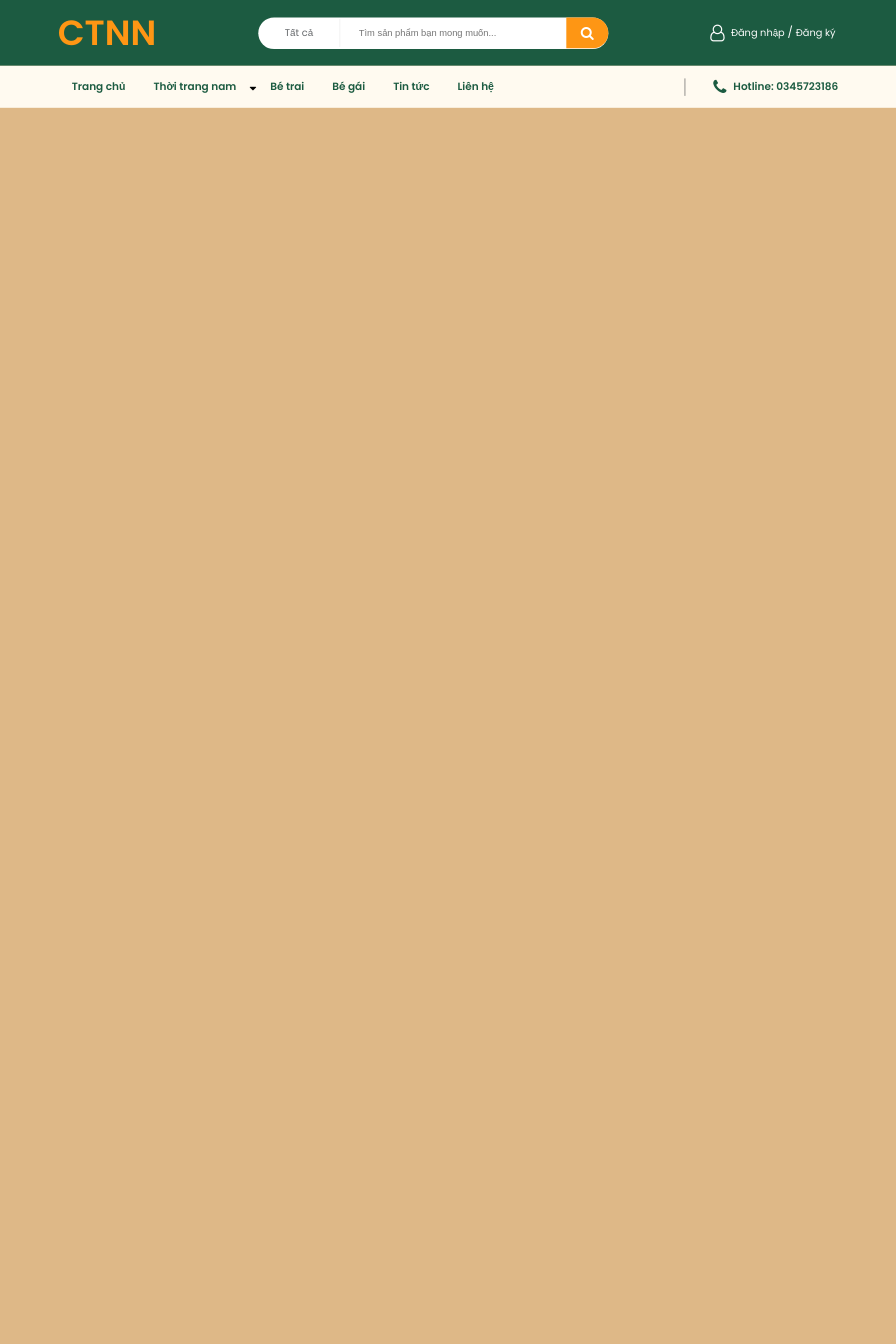
Repository: cuongchua2k2/BaiTapLon-web
Page: index.html
The author's editor kept a copy of each file at every save. The page is drawn from the files as they stood at one save, then again after the next save.
The browser window is 1280 px wide. The pictures show the part of the page from y = 0 to 1920 px (the page is 5000 px tall), at 70% of full size.

Above is the page before, as saved 2023-12-06 17:11:25.

### index.html
<!DOCTYPE html>
<html lang="en">
  <head>
    <meta charset="UTF-8" />
    <meta name="viewport" content="width=device-width, initial-scale=1.0" />
    <!-- reset css -->
    <link rel="stylesheet" href="./assets/css/reset.css" />
    <!-- style css -->
    <link rel="stylesheet" href="./assets/css/style.css" />
    <!-- icon -->
    <link
      rel="stylesheet"
      href="https://cdnjs.cloudflare.com/ajax/libs/font-awesome/4.7.0/css/font-awesome.min.css"
    />
    <!-- font  -->
    <link rel="stylesheet" href="./assets/font/stylesheet.css" />
    <title>Bài tập lớn - shop bán quần áo</title>
  </head>
  <body>
    <!-- header -->
    <header>
      <div id="header">
        <div class="content">
          <!-- header-nav -->
          <div class="nav">
            <div class="nav__logo">
              <a href="/"><span class="logo__content">CTNN</span></a>
            </div>
            <!-- search -->
            <div class="nav__search">
              <p class="nav__desc">Tất cả</p>
              <input
                type="text"
                class="nav__txtsearch"
                placeholder="Tìm sản phẩm bạn mong muốn..."
              />
              <button class="nav__btn--search">
                <i class="fa fa-search" style="font-size: 20px"></i>
              </button>
            </div>
            <!-- login -->
            <div class="login">
              <i
                class="fa fa-user-o"
                style="font-size: 24px; color: #fff; margin-right: 5px"
              ></i>
              <a href="#!" class="btn btn-login">Đăng nhập</a>
              <span style="color: #fff">/</span>
              <a href="#!" class="btn btn-create">Đăng ký</a>
            </div>
          </div>
        </div>
      </div>
      <!-- navbar -->
      <div class="navbar">
        <div class="content navbar__content">
          <ul class="navbar__lv1">
            <li>
              <a href="#!" class="active lv1__item">Trang chủ</a>
            </li>
            <li class="lv2">
              <a href="#!" class="lv1__item">Thời trang nam</a>
              <i class="fa fa-sort-desc arrow"></i>
              <ul class="navbar__lv2">
                <li>
                  <a href="#!" class="lv1__item">Sơ mi nam</a>
                </li>
                <li>
                  <a href="#!" class="lv1__item">Quần âu nam</a>
                </li>
                <li>
                  <a href="#!" class="lv1__item">Quần short nam</a>
                </li>
              </ul>
            </li>
            <li>
              <a href="#!" class="lv1__item">Bé trai</a>
            </li>
            <li>
              <a href="#!" class="lv1__item">Bé gái</a>
            </li>
            <li>
              <a href="#!" class="lv1__item">Tin tức</a>
            </li>
            <li>
              <a href="#!" class="lv1__item">Liên hệ</a>
            </li>
          </ul>
          <div class="horizontal"></div>
          <a href="tel:0345723186" class="hotline">
            <i class="fa fa-phone" style="font-size: 24px; color: #1c5b41"></i>
            <span class="hotline__desc">Hotline: 0345723186</span>
          </a>
        </div>
      </div>
    </header>
    <!-- main -->
    <main></main>
    <!-- footer -->
    <footer></footer>
  </body>
</html>

### assets/css/style.css
:root {
  --primary-color: #fe9614;
}

* {
  box-sizing: border-box;
}

html {
  font-size: 62.5%;
}

body {
  font-family: "Poppins", sans-serif;
  font-size: 1.6rem;
  height: 5000px;
  background-color: burlywood;
}

/* =====================common ======================*/

a {
  text-decoration: none;
}

.content {
  width: 1115px;
  margin: 0px auto;
}

.btn {
  text-decoration: none;
  color: #fff;
  font-size: 1.4rem;
  font-weight: 400;
}

.btn:hover {
  opacity: 0.7;
  color: var(--primary-color);
}

/* =====================header========================= */

/* =========== header nav===============*/

#header {
  padding: 22px 0;
  background-color: #1c5b41;
}

.nav {
  display: flex;
  justify-content: space-between;
  align-items: center;
}

.logo__content {
  font-size: 5rem;
  font-weight: 600;
  color: var(--primary-color);
}

.nav__search {
  height: 45px;
  width: 500px;
  padding: 4px 0;
  display: flex;
  justify-content: space-between;
  align-items: center;
  background-color: #fff;
  border-radius: 999px;
}

.nav__desc {
  opacity: 0.7;
  padding: 13px 38px;
  font-size: 1.4rem;
  color: #212529;
  font-weight: 400;
  border-right: 1px solid #e5e5e5;
}

.nav__txtsearch {
  width: 300px;
  height: 40px;
  padding: 15px;
  border: none;
}

.nav__btn--search {
  cursor: pointer;
  height: 44px;
  width: 60px;
  border-radius: 0 40px 40px 0;
  color: #fff;
  background: var(--primary-color);
  border: var(--primary-color);
}

.nav__btn--search:hover {
  background-color: #fff;
  color: var(--primary-color);
}

.login {
  display: flex;
  align-items: center;
}

.btn-login,
.btn-create {
  padding: 8px 4px;
}

/* ===========navbar=============== */

.navbar {
  background-color: #fffaf0;
  height: 60px;
}

.navbar__content {
  display: flex;
  align-items: center;
  justify-content: space-between;
  line-height: 60px;
}

.horizontal {
  height: 25px;
  opacity: 0.7;
  width: 1px;
  background-color: #212529;
  margin-left: auto;
}

.navbar__lv1 {
  display: flex;
}

.lv1__item {
  padding: 15px 20px;
  font-weight: 600;
  font-size: 1.5rem;
  color: #1c5b41;
}

.lv1__item:hover {
  color: var(--primary-color);
}

.hotline {
  display: flex;
  align-items: center;
  margin-left: 40px;
}

.hotline__desc {
  margin-left: 10px;
  font-weight: 600;
  font-size: 1.5rem;
  color: #1c5b41;
}

.hotline__desc:hover {
  color: var(--primary-color);
}

.lv2 {
  position: relative;
}

.navbar__lv2 {
  display: none;
  position: absolute;
  background-color: #fff;
  min-width: 200px;
  transform: perspective(600px) rotateX(0deg);
  z-index: 1;
}

.navbar__lv2 > li:not(:first-child) {
  border-top: 1px solid #666;
}

.navbar__lv2 > li > .lv1__item {
  display: inline-block;
  padding: 0 30px;
}

.lv2:hover .navbar__lv2 {
  display: block;
}

.arrow {
  margin-left: -5px;
}

### assets/font/stylesheet.css
@font-face {
    font-family: 'Poppins';
    src: url('Poppins-Black.woff2') format('woff2'),
        url('Poppins-Black.woff') format('woff');
    font-weight: 900;
    font-style: normal;
    font-display: swap;
}

@font-face {
    font-family: 'Poppins';
    src: url('Poppins-Bold.woff2') format('woff2'),
        url('Poppins-Bold.woff') format('woff');
    font-weight: bold;
    font-style: normal;
    font-display: swap;
}

@font-face {
    font-family: 'Poppins';
    src: url('Poppins-BlackItalic.woff2') format('woff2'),
        url('Poppins-BlackItalic.woff') format('woff');
    font-weight: 900;
    font-style: italic;
    font-display: swap;
}

@font-face {
    font-family: 'Poppins';
    src: url('Poppins-BoldItalic.woff2') format('woff2'),
        url('Poppins-BoldItalic.woff') format('woff');
    font-weight: bold;
    font-style: italic;
    font-display: swap;
}

@font-face {
    font-family: 'Poppins';
    src: url('Poppins-ExtraLightItalic.woff2') format('woff2'),
        url('Poppins-ExtraLightItalic.woff') format('woff');
    font-weight: 200;
    font-style: italic;
    font-display: swap;
}

@font-face {
    font-family: 'Poppins';
    src: url('Poppins-ExtraBoldItalic.woff2') format('woff2'),
        url('Poppins-ExtraBoldItalic.woff') format('woff');
    font-weight: bold;
    font-style: italic;
    font-display: swap;
}

@font-face {
    font-family: 'Poppins';
    src: url('Poppins-ExtraBold.woff2') format('woff2'),
        url('Poppins-ExtraBold.woff') format('woff');
    font-weight: bold;
    font-style: normal;
    font-display: swap;
}

@font-face {
    font-family: 'Poppins';
    src: url('Poppins-Italic.woff2') format('woff2'),
        url('Poppins-Italic.woff') format('woff');
    font-weight: normal;
    font-style: italic;
    font-display: swap;
}

@font-face {
    font-family: 'Poppins';
    src: url('Poppins-ExtraLight.woff2') format('woff2'),
        url('Poppins-ExtraLight.woff') format('woff');
    font-weight: 200;
    font-style: normal;
    font-display: swap;
}

@font-face {
    font-family: 'Poppins';
    src: url('Poppins-Regular.woff2') format('woff2'),
        url('Poppins-Regular.woff') format('woff');
    font-weight: normal;
    font-style: normal;
    font-display: swap;
}

@font-face {
    font-family: 'Poppins';
    src: url('Poppins-LightItalic.woff2') format('woff2'),
        url('Poppins-LightItalic.woff') format('woff');
    font-weight: 300;
    font-style: italic;
    font-display: swap;
}

@font-face {
    font-family: 'Poppins';
    src: url('Poppins-SemiBold.woff2') format('woff2'),
        url('Poppins-SemiBold.woff') format('woff');
    font-weight: 600;
    font-style: normal;
    font-display: swap;
}

@font-face {
    font-family: 'Poppins';
    src: url('Poppins-Light.woff2') format('woff2'),
        url('Poppins-Light.woff') format('woff');
    font-weight: 300;
    font-style: normal;
    font-display: swap;
}

@font-face {
    font-family: 'Poppins';
    src: url('Poppins-Medium.woff2') format('woff2'),
        url('Poppins-Medium.woff') format('woff');
    font-weight: 500;
    font-style: normal;
    font-display: swap;
}

@font-face {
    font-family: 'Poppins';
    src: url('Poppins-MediumItalic.woff2') format('woff2'),
        url('Poppins-MediumItalic.woff') format('woff');
    font-weight: 500;
    font-style: italic;
    font-display: swap;
}

@font-face {
    font-family: 'Poppins';
    src: url('Poppins-Thin.woff2') format('woff2'),
        url('Poppins-Thin.woff') format('woff');
    font-weight: 100;
    font-style: normal;
    font-display: swap;
}

@font-face {
    font-family: 'Poppins';
    src: url('Poppins-ThinItalic.woff2') format('woff2'),
        url('Poppins-ThinItalic.woff') format('woff');
    font-weight: 100;
    font-style: italic;
    font-display: swap;
}

@font-face {
    font-family: 'Poppins';
    src: url('Poppins-SemiBoldItalic.woff2') format('woff2'),
        url('Poppins-SemiBoldItalic.woff') format('woff');
    font-weight: 600;
    font-style: italic;
    font-display: swap;
}

Loaded but not shown: assets/css/reset.css (common file)

After the next save:
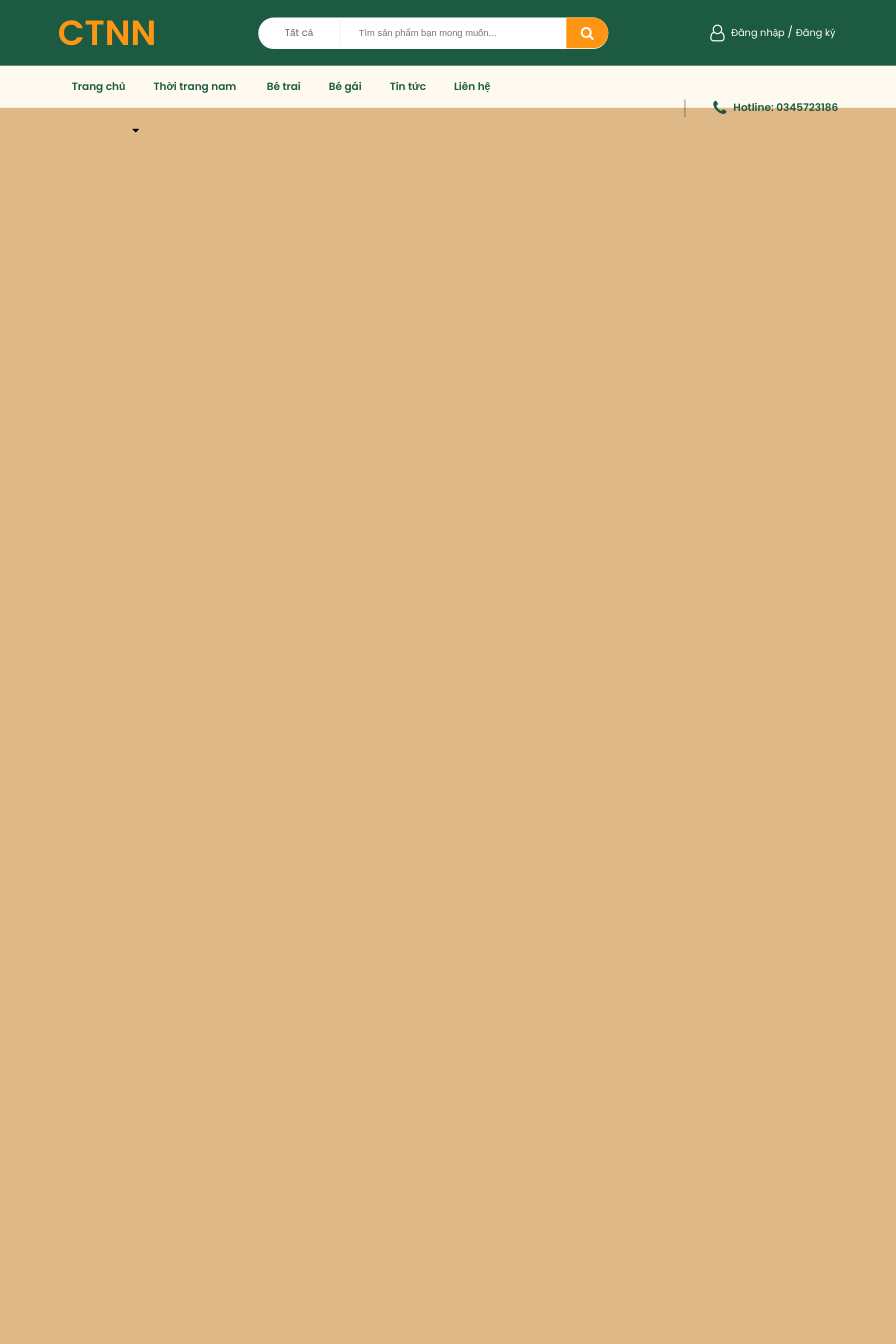
Saved 6 s later.
--- a/assets/css/style.css
+++ b/assets/css/style.css
@@ -194,5 +194,5 @@
 }
 
 .arrow {
-  margin-left: -5px;
+  margin-left: -10px;
 }

After the save that followed:
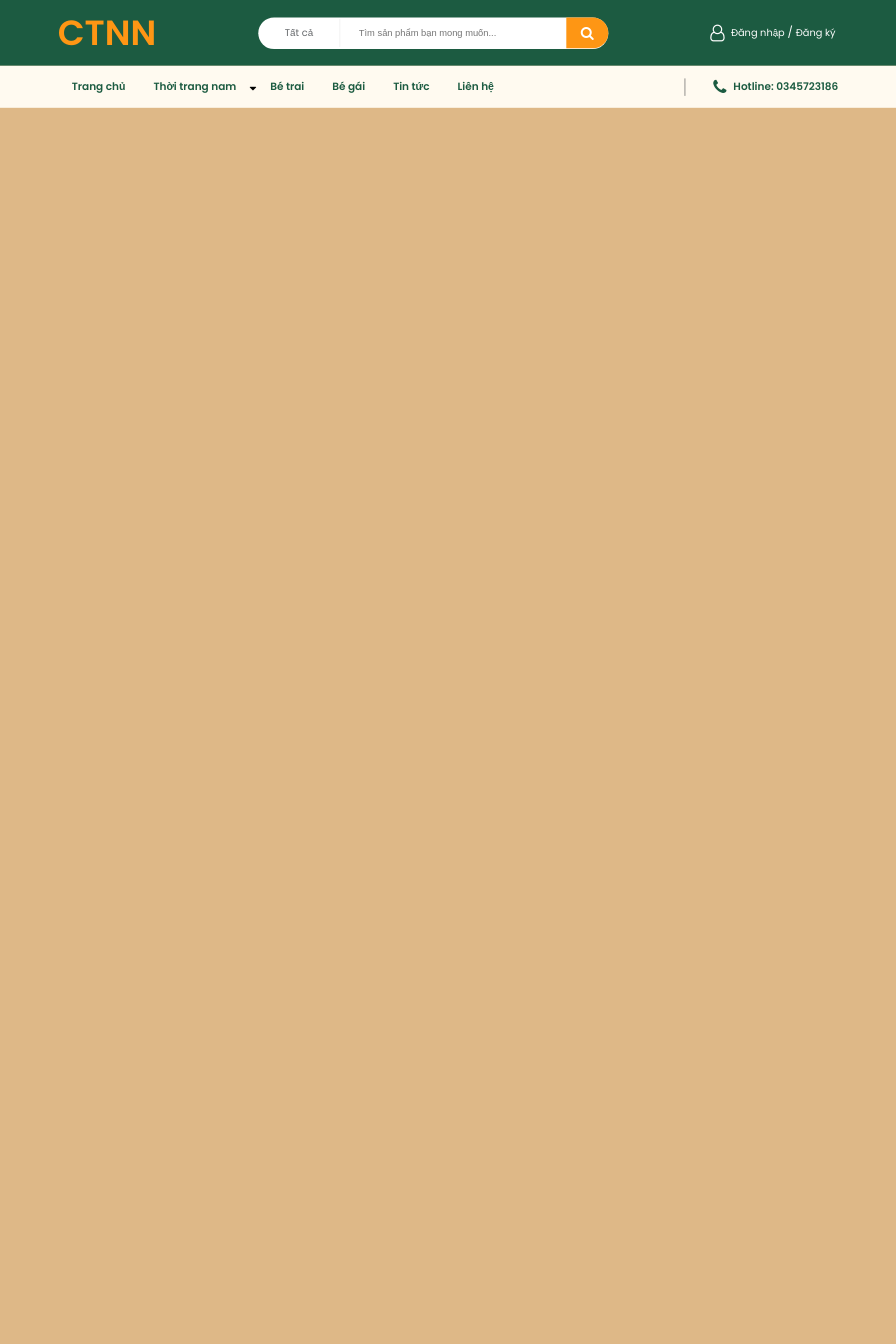
Saved 7 s later.
--- a/assets/css/style.css
+++ b/assets/css/style.css
@@ -194,5 +194,5 @@
 }
 
 .arrow {
-  margin-left: -10px;
+  margin-left: -5px;
 }
